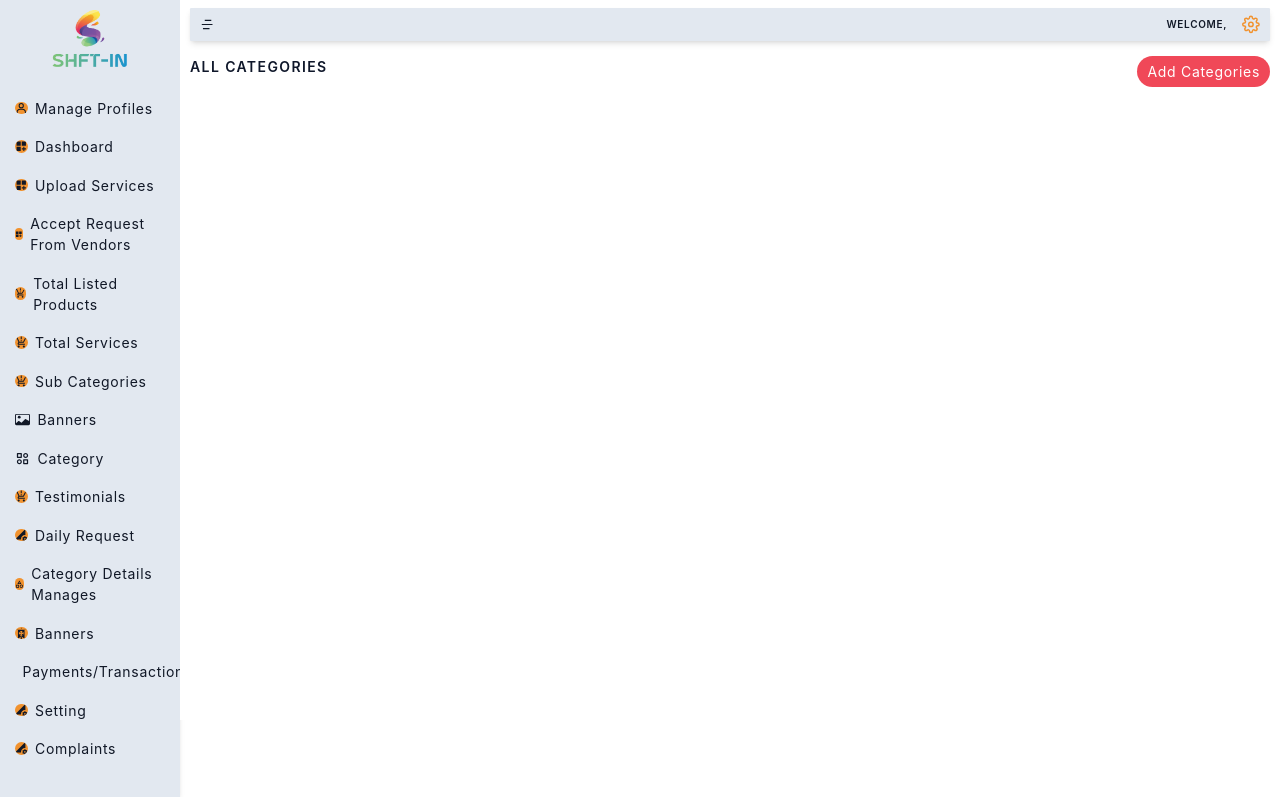
Repository: rohit0915/Mr-Arun-Chauhan-Admin-Panel
Page: /cat
An editor plug-in stored every save of this project. The page is shown before and after the next save, followed by the edit.
The browser window is 1280 px wide. The pictures show the whole page.
The page's requests for data from a server got no answer. The project was rebuilt for these pictures with package versions that can differ from the ones it lists, and the page was loaded fresh each time. No one was signed in, and anything a server would have sent is missing. Also part of the build but not shown: src/components/BaseUrl.jsx, src/components/forms/Login.jsx, src/components/pages/Dashboard.jsx, src/vendorPanel/components/Auth.jsx, src/components/pages/products/Products.jsx, src/components/pages/categories/Categories.jsx, src/components/pages/subcategories/SubCategories.jsx, src/components/pages/manageprofiles/ManageProfiles.jsx and 72 more.

Above is the page before, as saved 2022-11-15 15:32:41.

After the next save:
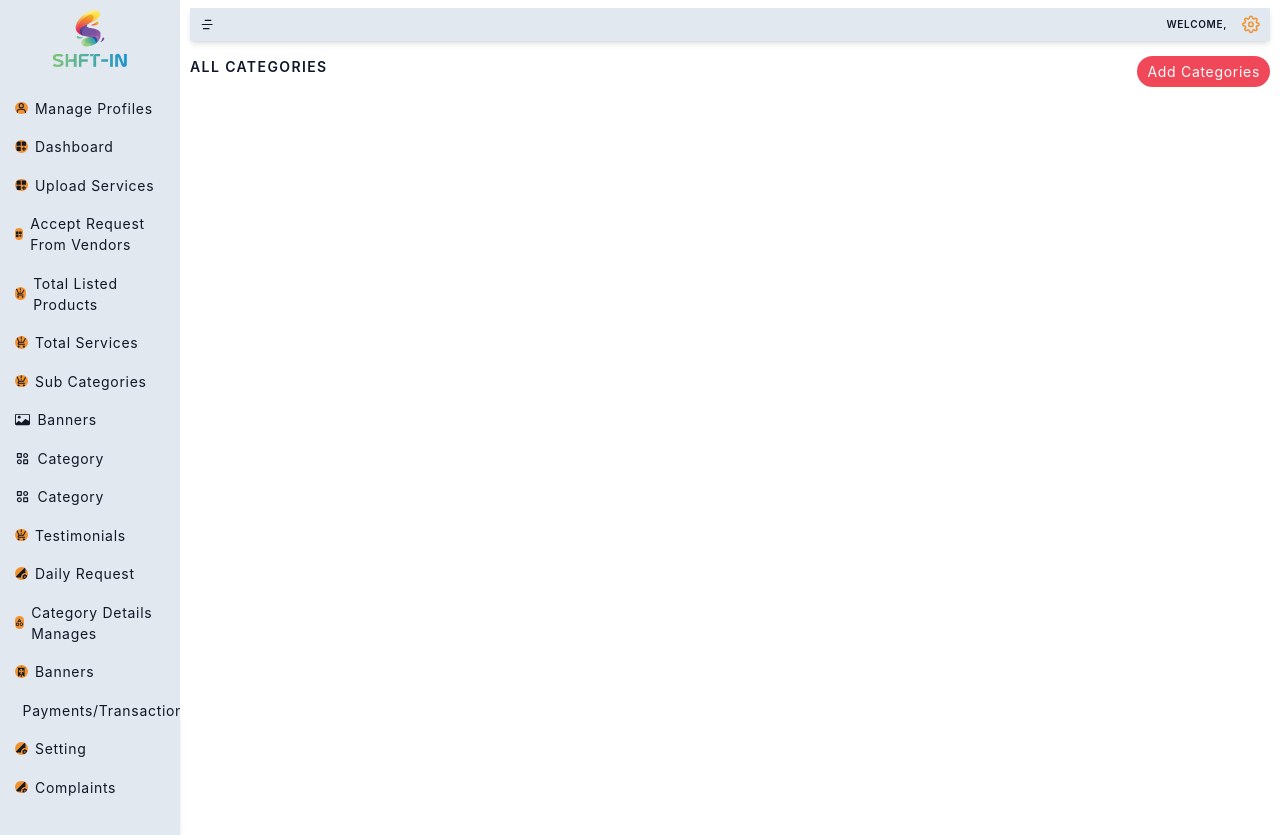
Saved 16 s later.
--- a/src/components/layout/Sidebar.jsx
+++ b/src/components/layout/Sidebar.jsx
@@ -113,6 +113,13 @@ const Sidebar = ({ hamb, setHamb }) => {
       ),
       link: "/gallary",
       name: "Banners",
+    },
+    {
+      icon: (
+        <BiCategoryAlt className="text-2xl mr-3  " />
+      ),
+      link: "/cat",
+      name: "Category",
     },
     {
       icon: (
